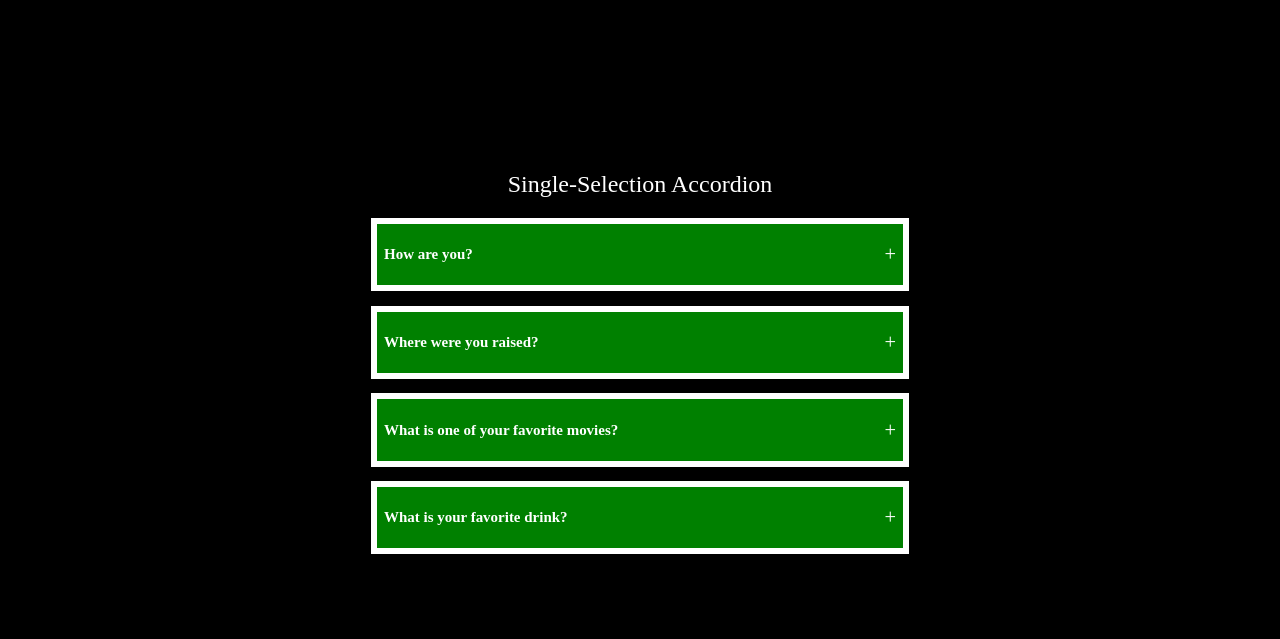
Repository: kosenijr/react-projects
Page: / (app in accordion/)
The author's editor kept a copy of each file at every save. The page is drawn from the files as they stood at one save, then again after the next save.
The browser window is 1280 px wide. The pictures show the whole page.
The project was rebuilt for these pictures with package versions that can differ from the ones it lists, and the page was loaded fresh each time.

Above is the page before, as saved 2024-03-03 00:27:57.

### accordion/src/App.js
import React from "react";
import "./App.css";
import SingleSelection from "./components/SingleSelection";

function App() {
  return (
    <div className="App">
      <SingleSelection />
    </div>
  );
}

export default App;

### accordion/src/components/SingleSelection.js
import React, { useState } from "react";
import "../styles/SingleSelection.css";
import data from "../data";

function Accordion() {
  // setting up useState
  const [selected, setSelected] = useState(null);
  // setting up handling
  const handleSingleSelection = (getCurrentId) => {
    console.log(selected, getCurrentId);
    // setSelected(getCurrentId === selected ? null : getCurrentId); // keep add condition for closure
    setSelected(selected !== getCurrentId ? getCurrentId : null);
  };

  return (
    <div className="wrapper">
      {/* single selection accordion */}
      <div className="accordion">
        <h2 className="description">Single-Selection Accordion</h2>
        {data && data.length > 0 ? (
          data.map((dataItem) => (
            <div className="item" key={dataItem.id} onClick={() => handleSingleSelection(dataItem.id)}>
              {/* always remember to add key */}
              <div className="title">
                <h3>{dataItem.question}</h3>
                <span>{selected === dataItem.id ? "-" : "+"}</span>
              </div>
              {selected === dataItem.id ? (
                <div className="content ">{dataItem.answer}</div>
              ) : null}
            </div>
          ))
        ) : (
          <div>No data found!</div>
        )}
      </div>
    </div>
  );
}

export default Accordion;

### accordion/src/styles/SingleSelection.css
.wrapper {
  display: flex;
  justify-content: center;
  align-items: center;
  height: 100vh;
  width: 100vw;
  background-color: black;
  color: white;
}

.description {
  font-family: "Raleway";
  font-weight: 500;
}

.item {
  background-color: green;
  color: white;
  font-size: 0.8em;
  font-family: "Raleway", "Times New Roman";
  margin: 2vh 0;
  padding: 1vh;
  width: 40vw;
  border: 0.5em solid white;
  cursor: pointer;
}

.title {
  display: flex;
  justify-content: space-between;
  align-items: center;
}

span {
  font-size: 1.6em;;
}

.content {
  font-size: 1.2em;
  font-family:  "Raleway", "Times New Roman";
  font-weight: 600;
}

### accordion/src/data.js
const data = [
  {
    id: 1,
    question: "How are you?",
    answer: "I am well!",
  },

  {
    id: 2,
    question: "Where were you raised?",
    answer: "I was raised in Queens.",
  },

  {
    id: 3,
    question: "What is one of your favorite movies?",
    answer: "Harlem Nights is one of my favorite movies.",
  },

  {
    id: 4,
    question: "What is your favorite drink?",
    answer: "My favorite drink is water.",
  },
];

export default data;

Loaded but not shown: accordion/public/index.html (common file); accordion/src/index.js (common file); accordion/src/index.css (common file); accordion/src/reportWebVitals.js (common file); accordion/src/App.css (common file)

After the next save:
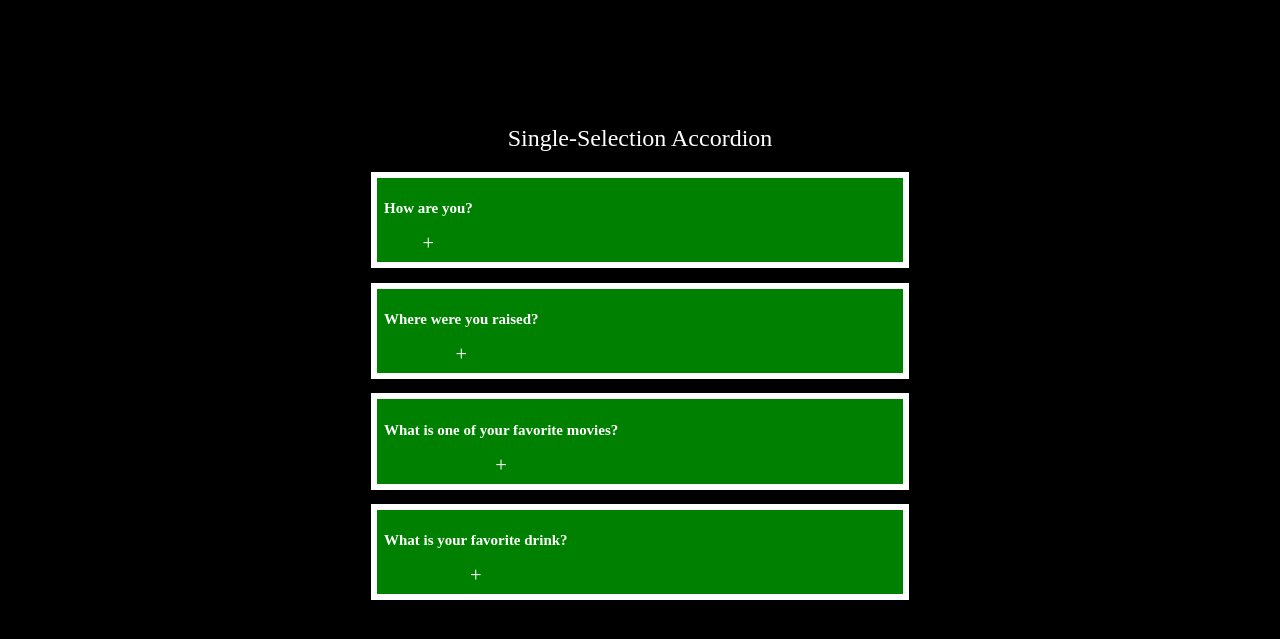
Saved 3 min 23 s later.
--- a/accordion/src/styles/SingleSelection.css
+++ b/accordion/src/styles/SingleSelection.css
@@ -23,12 +23,16 @@
   width: 40vw;
   border: 0.5em solid white;
   cursor: pointer;
+  display: flex;
+  justify-content: space-between;
+  align-items: center;
+
 }
 
 .title {
-  display: flex;
+  /* display: flex;
   justify-content: space-between;
-  align-items: center;
+  align-items: center; */
 }
 
 span {
@@ -39,4 +43,5 @@
   font-size: 1.2em;
   font-family:  "Raleway", "Times New Roman";
   font-weight: 600;
+
 }

After the save that followed:
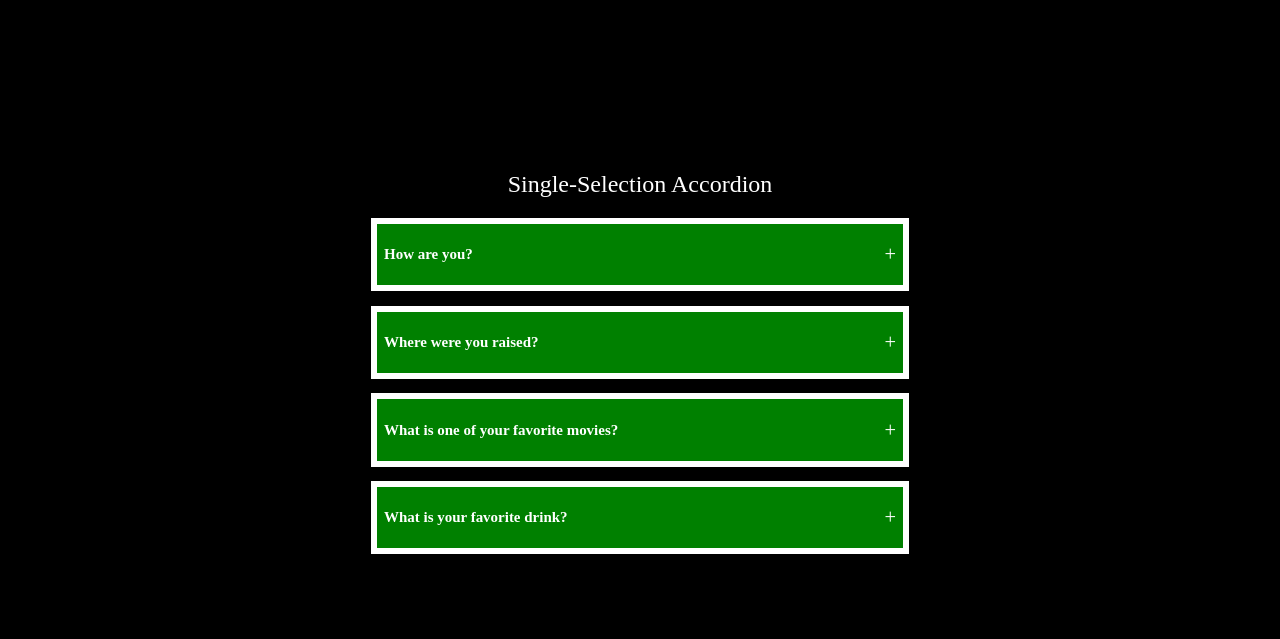
Saved 10 s later.
--- a/accordion/src/styles/SingleSelection.css
+++ b/accordion/src/styles/SingleSelection.css
@@ -23,16 +23,12 @@
   width: 40vw;
   border: 0.5em solid white;
   cursor: pointer;
+}
+
+.title {
   display: flex;
   justify-content: space-between;
   align-items: center;
-
-}
-
-.title {
-  /* display: flex;
-  justify-content: space-between;
-  align-items: center; */
 }
 
 span {
